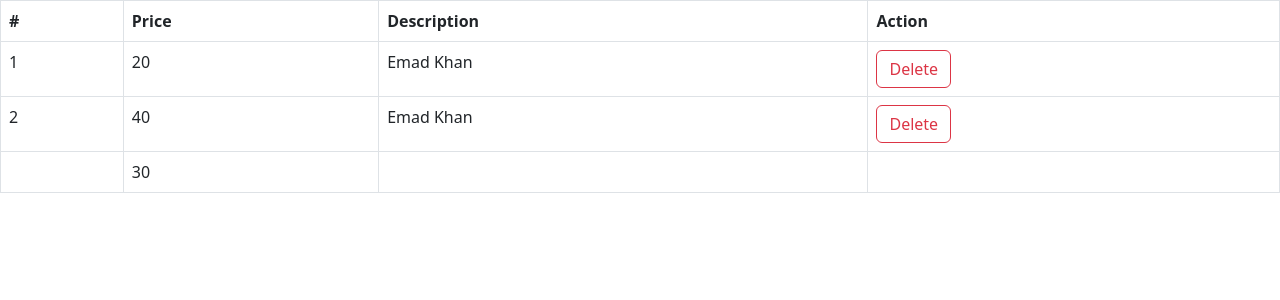
Repository: Emadkhanqai/react-app-code-with-mosh-expense-tracker
Page: /
The author's editor kept a copy of each file at every save. The page is drawn from the files as they stood at one save, then again after the next save.
The browser window is 1280 px wide. The pictures show the whole page.
The project was rebuilt for these pictures with package versions that can differ from the ones it lists, and the page was loaded fresh each time. Also part of the build but not shown: vite.config.ts.

Above is the page before, as saved 2023-05-01 21:32:36.

After the next save:
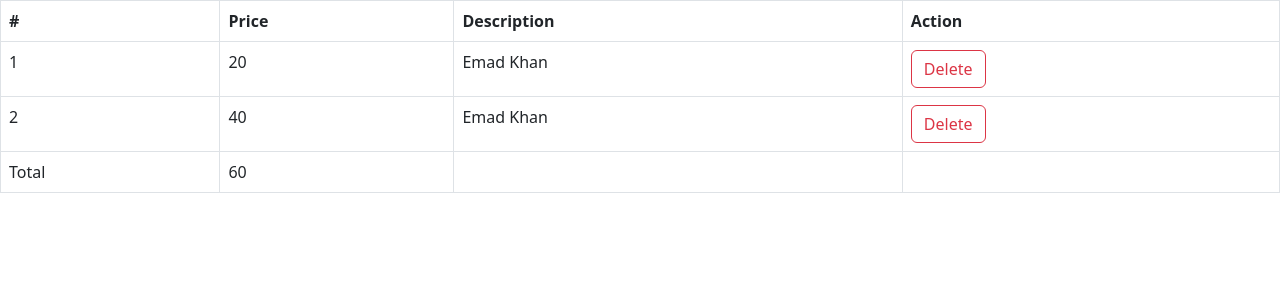
Saved 82 s later.
--- a/src/expense-tracker/expense-list.tsx
+++ b/src/expense-tracker/expense-list.tsx
@@ -41,8 +41,8 @@ const ExpenseList = ({ expenses, handleDelete }: Props) => {
         </tbody>
         <tfoot>
           <tr>
-            <td></td>
-            <td>30</td>
+            <td>Total</td>
+            <td>{expenses.reduce((acc, exp) => acc + exp.price, 0)}</td>
             <td></td>
             <td></td>
           </tr>
